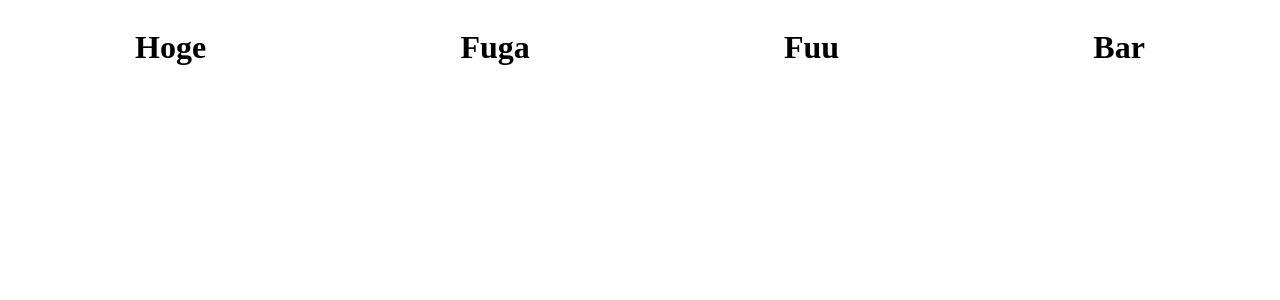
Repository: IzIzKen/samurai_HTML-CSS
Page: HTML CSSを学びWebプログラミングの第一歩を踏み出そう/14章 Flexbox/index2.html
The author's editor kept a record of every edit. The page is drawn from the files as they stood at one moment, then again after the next edit.
The browser window is 1280 px wide. The pictures show the whole page.

Above is the page before.

### HTML CSSを学びWebプログラミングの第一歩を踏み出そう/14章 Flexbox/index2.html
<!DOCTYPE html>
<html lang="ja">
<head>
    <meta charset="UTF-8">
    <style>
        #flex-end {
            display: flex;
            justify-content: space-around;
        }
    </style>
</head>
<body>
    <div id="flex-end">
        <h1>Hoge</h1>
        <h1>Fuga</h1>
        <h1>Fuu</h1>
        <h1>Bar</h1>
    </div>
</body>
</html>

After the next edit:
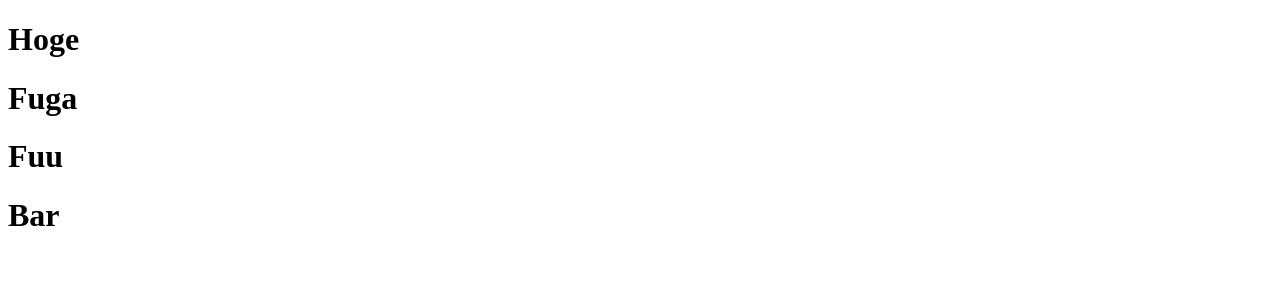
The edit:
--- a/HTML CSSを学びWebプログラミングの第一歩を踏み出そう/14章 Flexbox/index2.html
+++ b/HTML CSSを学びWebプログラミングの第一歩を踏み出そう/14章 Flexbox/index2.html
@@ -3,7 +3,7 @@
 <head>
     <meta charset="UTF-8">
     <style>
-        #flex-end {
+        #flex {
             display: flex;
             justify-content: space-around;
         }

After the edit that followed:
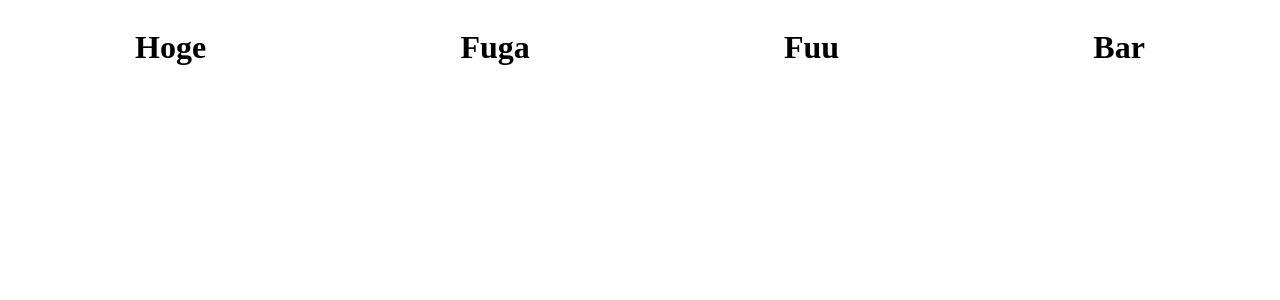
The edit:
--- a/HTML CSSを学びWebプログラミングの第一歩を踏み出そう/14章 Flexbox/index2.html
+++ b/HTML CSSを学びWebプログラミングの第一歩を踏み出そう/14章 Flexbox/index2.html
@@ -10,7 +10,7 @@
     </style>
 </head>
 <body>
-    <div id="flex-end">
+    <div id="flex">
         <h1>Hoge</h1>
         <h1>Fuga</h1>
         <h1>Fuu</h1>
